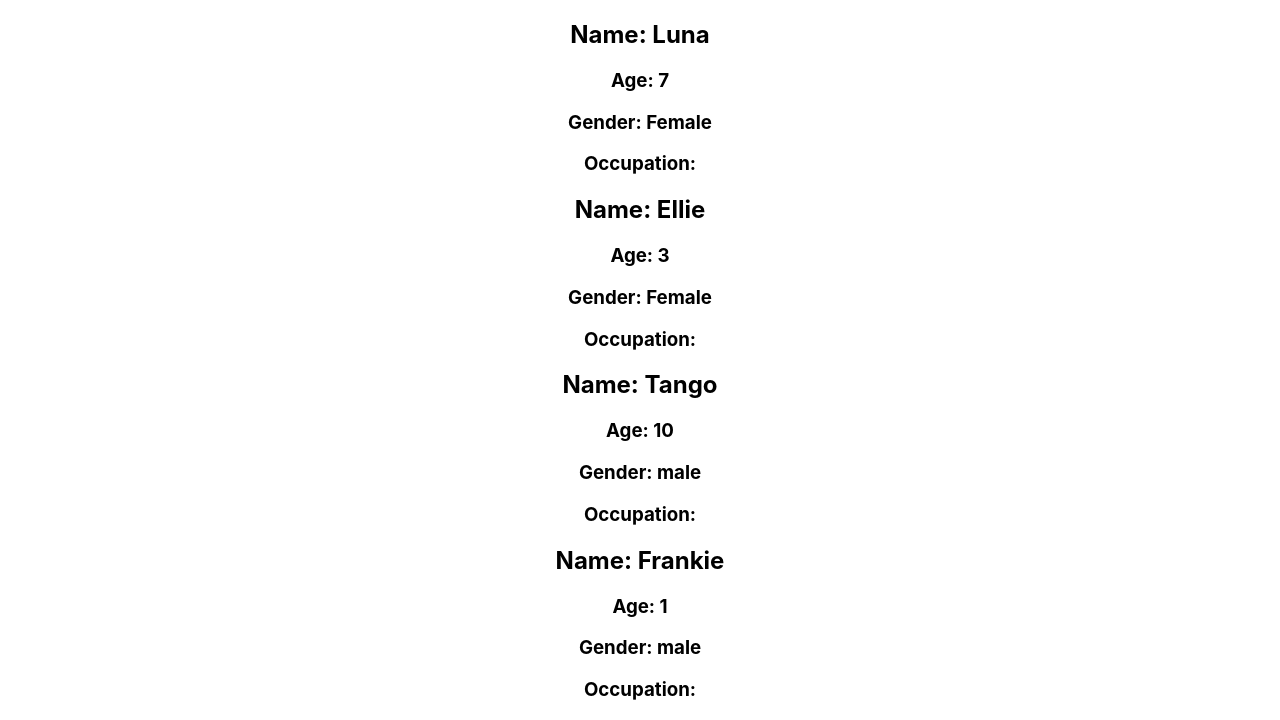
Repository: mahsa199170/React-Props-projects
Page: / (app in profile-app/)
These files come from the project's save history. The page is drawn as it stood at one moment and after the next save; the edit follows.
The browser window is 1280 px wide. The pictures show the whole page.
The project was rebuilt for these pictures with package versions that can differ from the ones it lists, and the page was loaded fresh each time.

Above is the page before, as saved 2024-11-18 13:13:21.

### profile-app/src/App.js
import './App.css';
import Profile from './components/Profile';
import { people } from './personalInfo';

function App() {
  const personInfo = people.map((p) => {
    return <h1>{p.name}</h1>;
  });

  return (
    <div className="App">
      {people.map((person) => {
        const { id, name, age, gender, occupation } = person;
        return (
          <div key={id}>
            <Profile
              name={name}
              age={age}
              occupation={occupation}
              gender={gender}
            />
          </div>
        );
      })}
    </div>
  );
}

export default App;

### profile-app/src/components/Profile.js
import React from 'react';

const Profile = ({ id, name, age, gender, occupation }) => {
  return (
    <div>
      <h2>Name: {name}</h2>
      <h3>Age: {age}</h3>
      <h3>Gender: {gender}</h3>
      <h3>Occupation: {occupation}</h3>
    </div>
  );
};

export default Profile;

### profile-app/src/personalInfo.js
export const people = [
  {
    id: 1,
    name: 'Luna',
    age: 7,
    gender: 'Female',
    ocupation: 'VP of Engineering',
  },
  {
    id: 2,
    name: 'Ellie',
    age: 3,
    gender: 'Female',
    ocupation: 'Senior Engineer',
  },
  {
    id: 3,
    name: 'Tango',
    age: 10,
    gender: 'male',
    ocupation: 'Software Engineer',
  },
  {
    id: 4,
    name: 'Frankie',
    age: 1,
    gender: 'male',
    ocupation: 'Devops Engineer',
  },
];

Loaded but not shown: profile-app/public/index.html (common file); profile-app/src/index.js (common file); profile-app/src/index.css (common file); profile-app/src/App.css (common file)

After the next save:
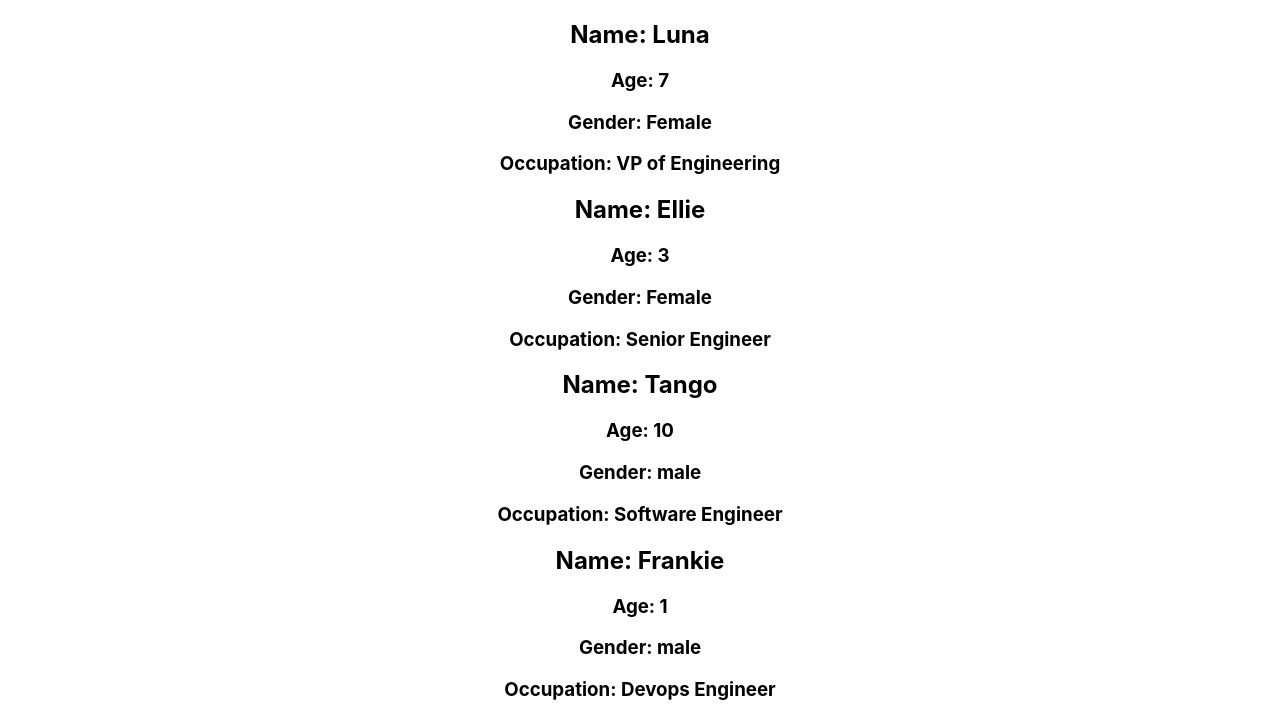
Saved 2 h 11 min later.
--- a/profile-app/src/personalInfo.js
+++ b/profile-app/src/personalInfo.js
@@ -4,27 +4,27 @@ export const people = [
     name: 'Luna',
     age: 7,
     gender: 'Female',
-    ocupation: 'VP of Engineering',
+    occupation: 'VP of Engineering',
   },
   {
     id: 2,
     name: 'Ellie',
     age: 3,
     gender: 'Female',
-    ocupation: 'Senior Engineer',
+    occupation: 'Senior Engineer',
   },
   {
     id: 3,
     name: 'Tango',
     age: 10,
     gender: 'male',
-    ocupation: 'Software Engineer',
+    occupation: 'Software Engineer',
   },
   {
     id: 4,
     name: 'Frankie',
     age: 1,
     gender: 'male',
-    ocupation: 'Devops Engineer',
+    occupation: 'Devops Engineer',
   },
 ];
